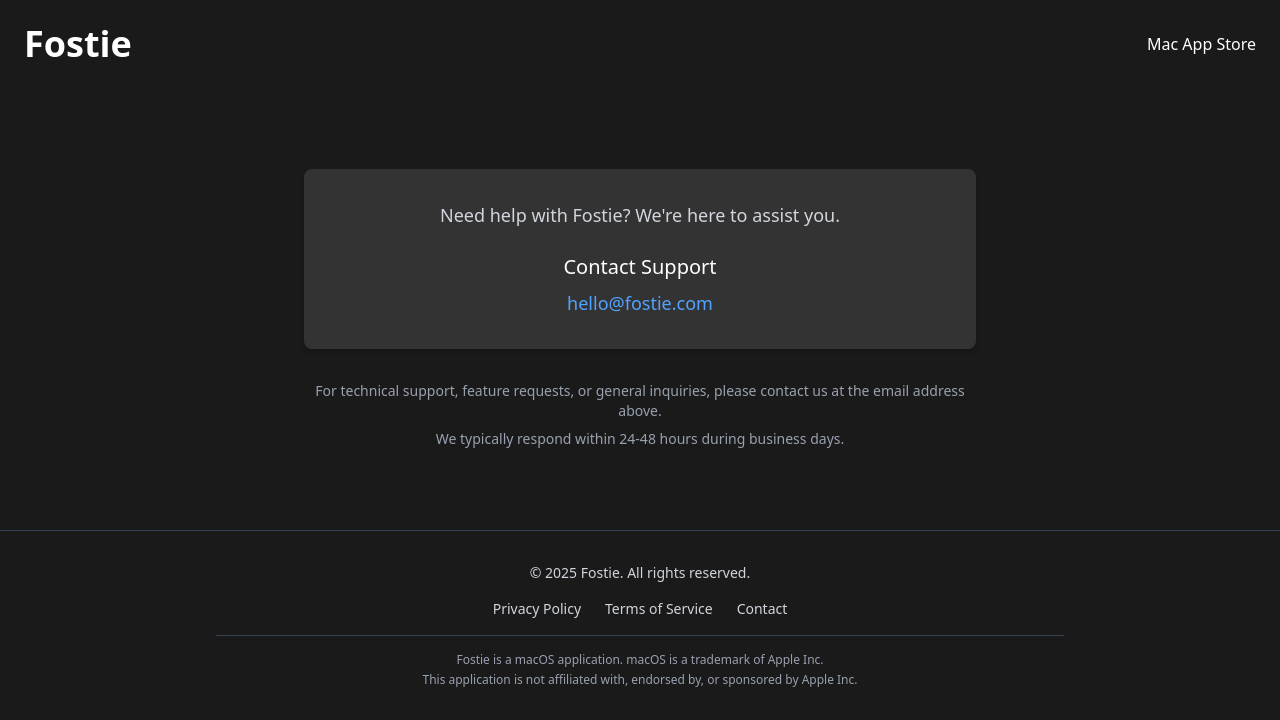
Repository: atimael/fostie-web
Page: /
The author's editor kept a copy of each file at every save. The page is drawn from the files as they stood at one save, then again after the next save.
The browser window is 1280 px wide. The pictures show the whole page.
The project was rebuilt for these pictures with package versions that can differ from the ones it lists, and the page was loaded fresh each time. The framework's server and built-in components were replaced by stand-ins that run in the browser. Also part of the build but not shown: next.config.js.

Above is the page before, as saved 2025-05-26 21:58:24.

### app/layout.tsx
import type { Metadata } from "next";
import type { ReactNode } from "react";
import "./globals.css";

export const metadata: Metadata = {
  title: "Fostie - macOS App",
  description: "Official website for Fostie macOS application",
  keywords: "Fostie, macOS, app, application",
  authors: [{ name: "Fostie Team" }],
};

export const viewport = {
  width: "device-width",
  initialScale: 1,
};

export default function RootLayout({ children }: { children: ReactNode }) {
  return (
    <html lang="en" className="dark">
      <body className="antialiased">{children}</body>
    </html>
  );
}

### app/page.tsx
import Footer from "@/components/footer";
import Header from "@/components/header";
import Main from "@/components/main";

export default function Home() {
  return (
    <main className="min-h-screen bg-gray-50 dark:bg-custom-dark flex flex-col">
      <Header />

      <Main />

      <Footer />
    </main>
  );
}

### app/globals.css
@import "tailwindcss";

@custom-variant dark (&:where(.dark, .dark *));

@theme {
  /* Enable dark mode based on system preference */
  --default-color-scheme: light dark;

  /* Custom dark background color */
  --color-custom-dark: #1a1a1a;

  /* Custom font family */
  --font-family-sans: ui-sans-serif, system-ui, sans-serif, "Apple Color Emoji",
    "Segoe UI Emoji", "Segoe UI Symbol", "Noto Color Emoji";
}

### components/footer.tsx
export default function Footer() {
  const currentYear = new Date().getFullYear();

  return (
    <footer className=" dark:bg-custom-dark border-t border-[#333333] dark:border-gray-700">
      <div className="max-w-4xl mx-auto px-6 py-8">
        <div className="text-center space-y-4">
          <div className="text-sm text-gray-600 dark:text-gray-300">
            <p>&copy; {currentYear} Fostie. All rights reserved.</p>
          </div>

          <div className="flex flex-wrap justify-center gap-6 text-sm">
            <a
              href="/privacy"
              className="text-gray-600 dark:text-gray-300 hover:text-gray-900 dark:hover:text-white transition-colors"
            >
              Privacy Policy
            </a>
            <a
              href="/terms"
              className="text-gray-600 dark:text-gray-300 hover:text-gray-900 dark:hover:text-white transition-colors"
            >
              Terms of Service
            </a>
            <a
              href="mailto:test@gmail.com"
              className="text-gray-600 dark:text-gray-300 hover:text-gray-900 dark:hover:text-white transition-colors"
            >
              Contact
            </a>
          </div>

          <div className="text-xs text-gray-500 dark:text-gray-400 pt-4 border-t border-gray-100 dark:border-gray-700">
            <p>
              Fostie is a macOS application. macOS is a trademark of Apple Inc.
            </p>
            <p className="mt-1">
              This application is not affiliated with, endorsed by, or sponsored
              by Apple Inc.
            </p>
          </div>
        </div>
      </div>
    </footer>
  );
}

### components/header.tsx
export default function Header() {
  return (
    <header className="justify-between flex items-center dark:text-white py-6 px-6">
      <div>
        {/* <Image src="/logo.png" alt="Fostie" width={100} height={100} /> */}
        <h1 className="text-4xl font-bold text-center">Fostie</h1>
      </div>

      <div className="flex items-center gap-4">
        <div>Mac App Store</div>
      </div>
    </header>
  );
}

### components/main.tsx
export default function Main() {
  return (
    <div className="flex-1 flex items-center justify-center px-6 py-12">
      <div className="max-w-2xl mx-auto text-center">
        <div className=" dark:bg-[#333333] rounded-lg shadow-md p-8 mb-8">
          <p className="text-lg text-gray-700 dark:text-gray-300 mb-6">
            Need help with Fostie? We're here to assist you.
          </p>

          <div className="space-y-4">
            <div>
              <h3 className="text-xl font-medium text-gray-900 dark:text-white mb-2">
                Contact Support
              </h3>
              <a
                href="mailto:test@gmail.com"
                className="text-blue-600 dark:text-blue-400 hover:text-blue-800 dark:hover:text-blue-300 text-lg font-medium transition-colors"
              >
                hello@fostie.com
              </a>
            </div>
          </div>
        </div>

        <div className="text-sm text-gray-500 dark:text-gray-400 space-y-2">
          <p>
            For technical support, feature requests, or general inquiries,
            please contact us at the email address above.
          </p>
          <p>We typically respond within 24-48 hours during business days.</p>
        </div>
      </div>
    </div>
  );
}

After the next save:
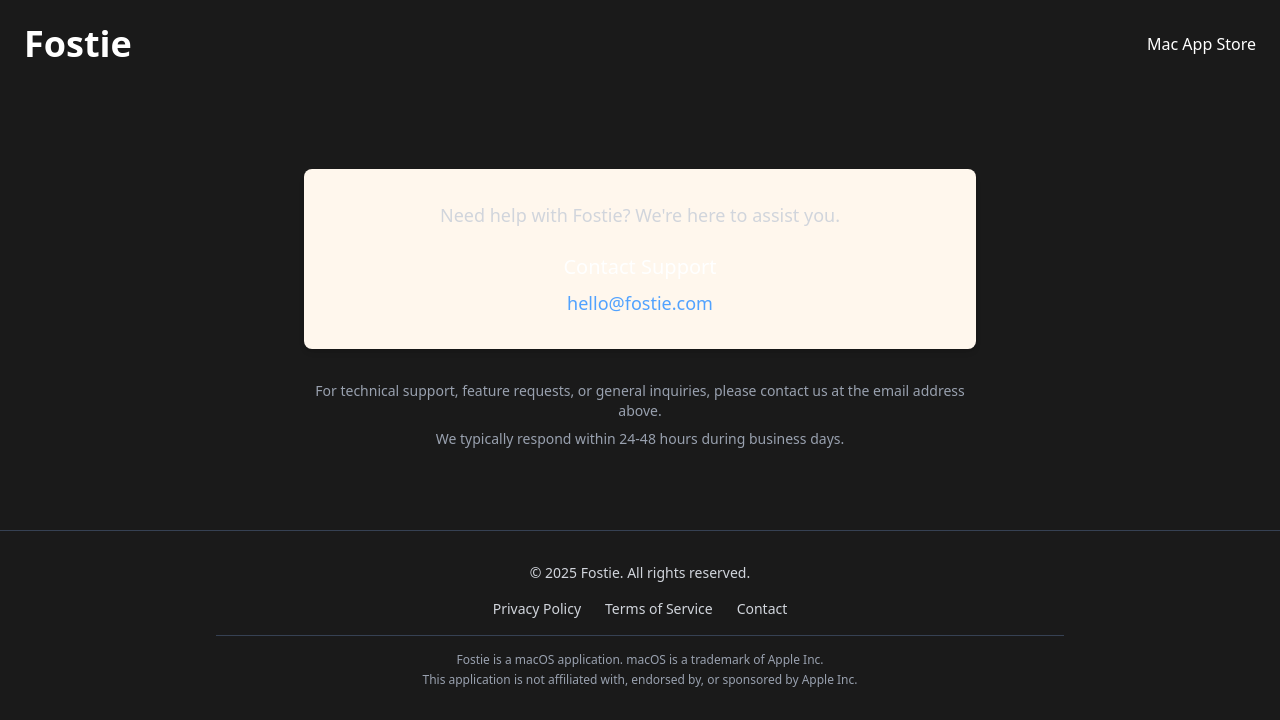
Saved 22 h 5 min later.
--- a/components/main.tsx
+++ b/components/main.tsx
@@ -2,7 +2,7 @@
   return (
     <div className="flex-1 flex items-center justify-center px-6 py-12">
       <div className="max-w-2xl mx-auto text-center">
-        <div className=" dark:bg-[#333333] rounded-lg shadow-md p-8 mb-8">
+        <div className=" dark:bg-orange-50 rounded-lg shadow-md p-8 mb-8">
           <p className="text-lg text-gray-700 dark:text-gray-300 mb-6">
             Need help with Fostie? We're here to assist you.
           </p>
